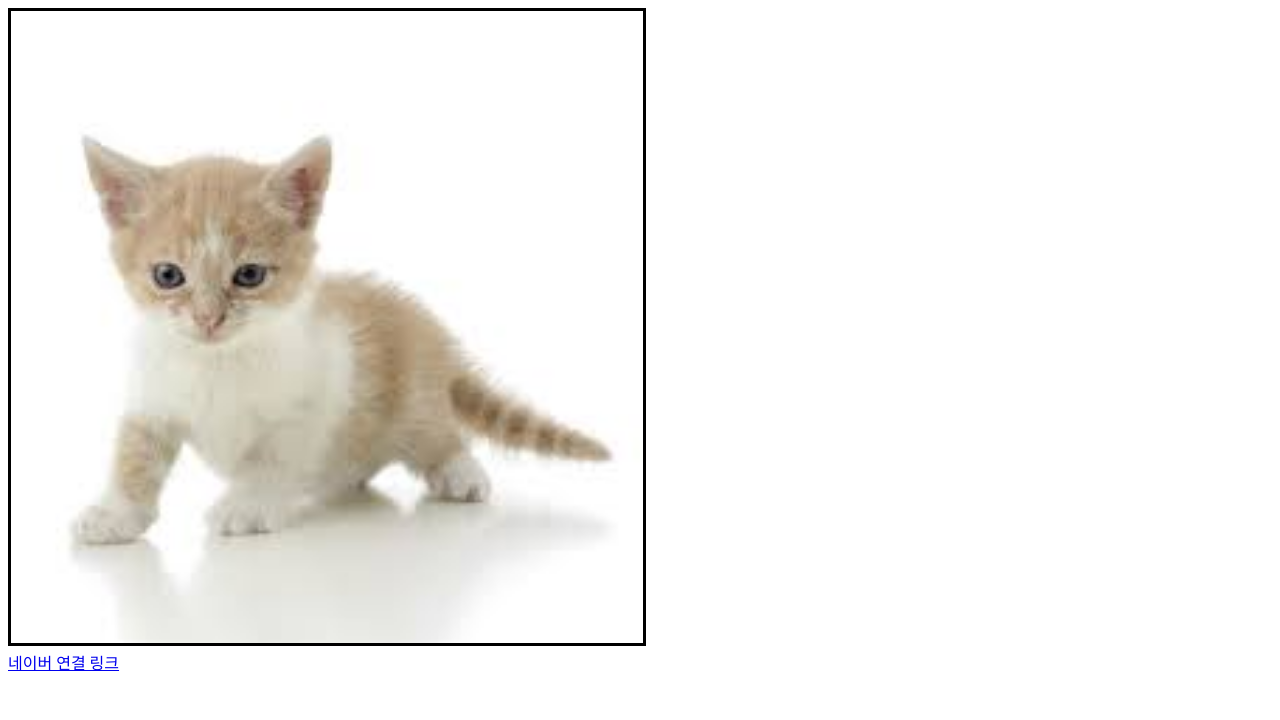
Repository: jjb5442/JSP
Page: 3Day/workspace/02_HTML_tutorial/src/main/webapp/06_Tutorial.html
These files come from the project's save history. The page is drawn as it stood at one moment and after the next save; the edit follows.
The browser window is 1280 px wide. The pictures show the whole page.

Above is the page before, as saved 2022-05-14 02:35:38.

### 3Day/workspace/02_HTML_tutorial/src/main/webapp/06_Tutorial.html
<!DOCTYPE html>
<html>
<head>
<meta charset="UTF-8">
<title>Insert title here</title>
</head>
<body>
	<!-- img : 특정 이미지를 브라우저에 출력하는 태그 -->
	<!-- alt : 해당 이미지가 없을경우 출력하는 텍스트 -->
	<!-- src : 출력할 이미지의 경로 + 파일명 -->
	<!-- width,height : 출력할 이미지의 가로 세로 크기 -->
	<!-- border : 테두리 선 설정 -->
	<img alt="고양이사진" src="resource/images/고양이.jpg" width="50%" height="50%"
		border="3"><br/>
	<a href="http://www.naver.com">네이버 연결 링크</a><br/>
</body>
</html>

After the next save:
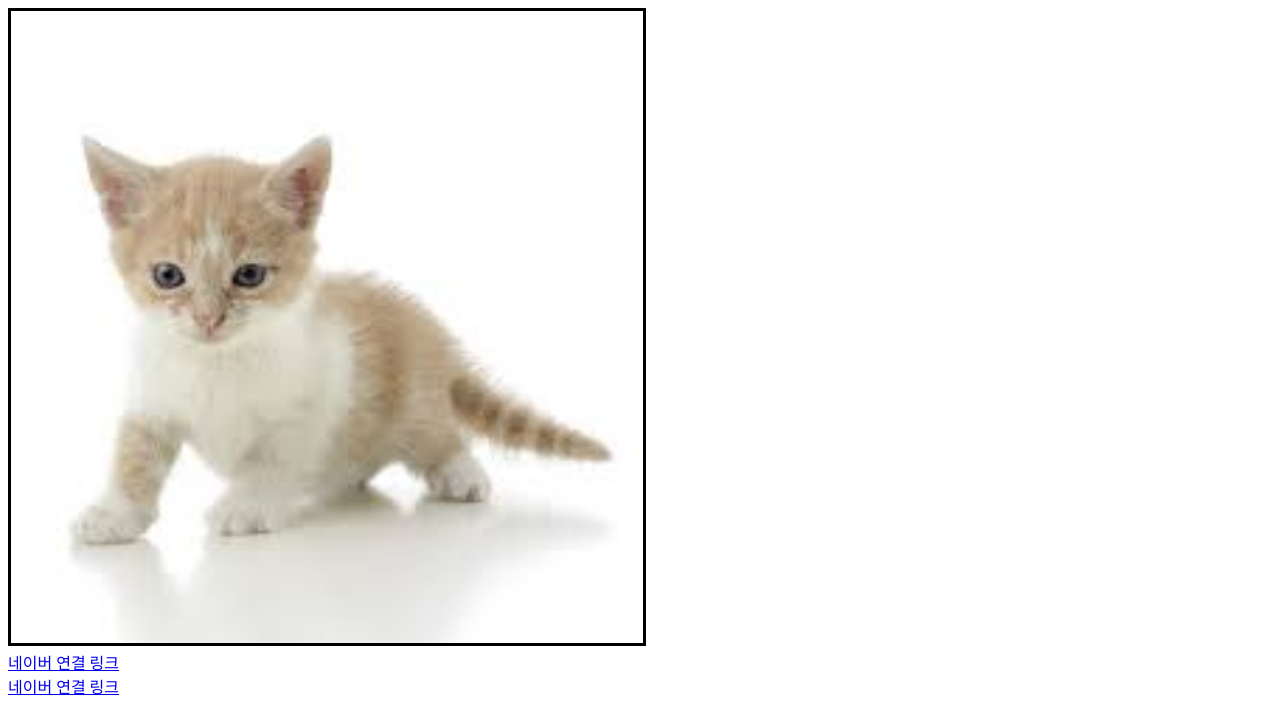
Saved 63 s later.
--- a/3Day/workspace/02_HTML_tutorial/src/main/webapp/06_Tutorial.html
+++ b/3Day/workspace/02_HTML_tutorial/src/main/webapp/06_Tutorial.html
@@ -13,5 +13,6 @@
 	<img alt="고양이사진" src="resource/images/고양이.jpg" width="50%" height="50%"
 		border="3"><br/>
 	<a href="http://www.naver.com">네이버 연결 링크</a><br/>
+	<a href="06_tutorial.html">네이버 연결 링크</a><br/>
 </body>
 </html>
